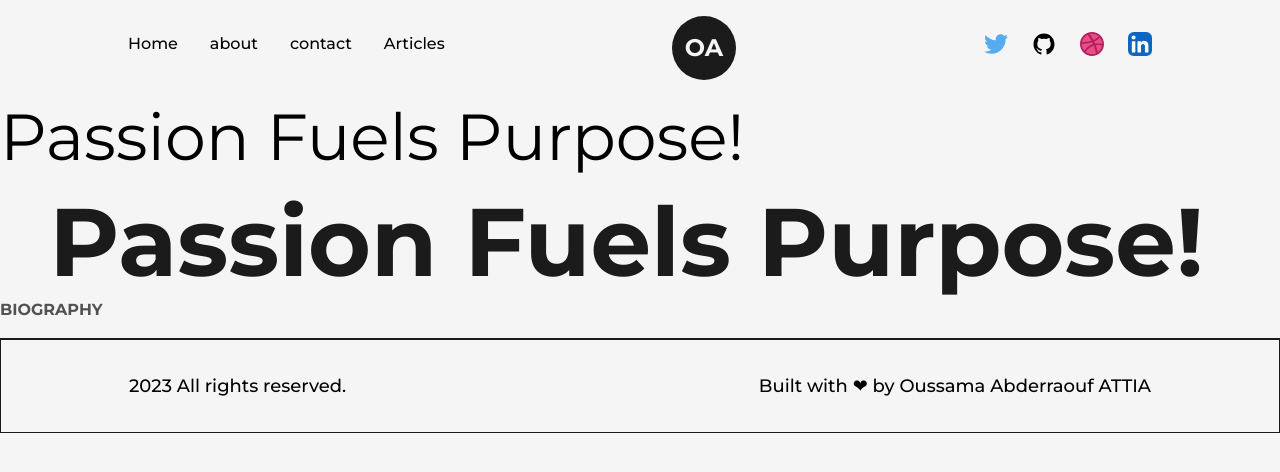
Repository: OussamaAbderraoufAttia/Next.js-Developer-Portfolio
Page: /About
These files come from the project's save history. The page is drawn as it stood at one moment and after the next save; the edit follows.
The browser window is 1280 px wide. The pictures show the whole page.
The project was rebuilt for these pictures with package versions that can differ from the ones it lists, and the page was loaded fresh each time. The framework's server and built-in components were replaced by stand-ins that run in the browser. Also part of the build but not shown: next.config.js.

Above is the page before, as saved 2023-06-27 16:44:13.

### src/pages/_app.js
import Footer from '@/components/Footer'
import NavBar from '@/components/NavBar'
import '@/styles/globals.css'
import { Montserrat } from 'next/font/google'
import Head from 'next/head'


const montserrat = Montserrat({
  subsets: ['latin'],
  variable: "--font-mont"
})
export default function App({ Component, pageProps }) {
  return (
    <>
    <Head>
      <meta name="viewport" content="width=device-width, initial-scale=1" />
      <link rel="icon" href="/favicon.ico" />
    </Head>
    <main className={`${montserrat.variable} font-mont bg-light w-full min-h-screen`}>
      <NavBar />
      <Component {...pageProps} />
      <Footer />
    </main>
    </>
  )
}

### src/pages/About.js
import React from 'react';
import Head from 'next/head';
import AnimatedText from '@/components/AnimatedText';
import Layout from '@/components/Layout';

const about = () => {
  return (
    <>
        <Head>
            <title>OA | About Page</title>
            <meta name='description' content='About Oussama Abderraouf ATTIA' />
        </Head>
        <main className='flex w-full flex-col item-center justify-center'>
            <Layout className='pt-16'>
                <h1 style={{
                    fontSize: '65px',
                }}>
                    Passion Fuels Purpose!
                </h1>
                <AnimatedText text='Passion Fuels Purpose!' />
                <div className='grid w-full grid-cols-8 gap-16'>
                    <div>
                        <h2 className='mb-4 text- font-bold uppercase text-dark/75'>
                            Biography
                        </h2>
                    </div>

                </div>
            </Layout>
        </main>
    </>
  )
}

export default about;

### src/components/Footer.js
import React from 'react';
import Link from 'next/link';
import Layout from './Layout';

const Footer = () => {
  return (
    <div>
      <footer className='w-full border-t-2 border border-solid  border-dark
      font-medium text-lg
      '>
        <Layout className=' py-8 flex items-center justify-between '>
        <span>
            2023 All rights reserved.
        </span>
        <div>
            <p  >
                Built with &#10084; by Oussama Abderraouf ATTIA
             </p>
        </div>

        </Layout>

      </footer>
    </div>
  )
}

export default Footer

### src/components/NavBar.js
import Link from "next/link";
import React from "react";
import { useRouter } from "next/router";
import Logo from "./Logo";
import   { TwitterIcon, DribbbleIcon, GithubIcon, LinkedInIcon, PinterestIcon } from "./Icons";
import { motion } from "framer-motion";

const CustomLink = ({ href, title, className="" }) => {
    const router = useRouter();
    return (
        <Link href={href} className= {`${className} relative group `}>
            {title }
            <span className={`h-[1px] inline-block bg-dark absolute left-0 bottom-0.5 group-hover:w-full
            transiion-[width] ease duration-300 ${router.asPath === href ? "w-full" : "w-0" }
            `}> &nbsp; </span>
        </Link>
    )
}


const NavBar = () => {
    return (
        <header className="w-full px-32 py-8 font-medium flex items-center justify-between">
            <nav>
                <CustomLink href="/"  title="Home" className="mr-4"/>
                <CustomLink href="/about" title="about" className="mx-4"/>
                <CustomLink href="/contact"  title="contact" className="mx-4"/>
                <CustomLink href="/Articles"  title="Articles" className="ml-4"/>
            </nav>

            <nav className="flex item-center justify-center flex-wrap">
                <motion.a href="https://twitter.com/oussamaattia245" target={"_blank"}
                whileHover={{ y:-5  }}
                whileTap={{ scale: 0.9 }}
                className="w-6 mx-3"
                >
                    <TwitterIcon />
                 </motion.a>
                <motion.a href="https://github.com/OussamaAbderraoufAttia" target={"_blank"}
                whileHover={{ y:-5  }} whileTap={{ scale: 0.9 }}
                className="w-6 mx-3"
                > <GithubIcon /> </motion.a>
                <motion.a href="https://dribbble.com/JohnLoyd" target={"_blank"}
                whileHover={{ y:-5  }} whileTap={{ scale: 0.9 }}
                className="w-6 mx-3"
                > <DribbbleIcon /> </motion.a>
                <motion.a href="https://www.linkedin.com/in/oussama-abderraouf-attia-494b32225/" target={"_blank"}
                whileHover={{ y:-5  }} whileTap={{ scale: 0.9 }}
                className="w-6 ml-3"
                > <LinkedInIcon /> </motion.a>

            </nav>
            <div className="absolute left-[50%] top-2    translate-x-[50%]">
                 <Logo />
            </div>
        </header>
    )
}

export default NavBar;

### src/components/AnimatedText.js
import React from 'react';
import { motion } from 'framer-motion';

const quote = {
    initial:{
        opacity:0,
    },
    animate:{
        opacity:1,
        transition:{
            delay:0.5,
            staggerChildren: 0.08,
        }
    }
}
const singleWord  = {
    initial:{
        opacity:0,
        y: 50,
    },
    animate:{
        opacity:1,
        y:0,
        transition:{
            duration: 1,
        }
    }
}
const AnimatedText = ({ text, className = "" }) => {
  return (
    <div className='w-full mx-auto py-2 flex items-center justify-center text-center overflow-hidden'>
      <motion.h1 className={`inline-block text-dark font-bold capitalize text-8xl ${className}`}
      variants={quote}
      inherit='initial'
      animate='animate'
      >
        {text.split(" ").map((word, index) =>
          <span key={word + '-' + index} className='inline-block '
          variants={singleWord}
            inherit='initial'
            animate='animate'
          >
            {word}&nbsp;
          </span>
        )}
      </motion.h1>
    </div>
  );
};

export default AnimatedText;

### src/components/Layout.js
import React from 'react';

const Layout = ({ children, className = "" }) => {
  return (
    <div className={`  w-full h-full inline-block z-0 bg-light p-32${className}`}>
      {children}
    </div>
  );
};

export default Layout;

### src/components/Logo.js
import React from "react";
import Link from "next/link";
import { motion } from "framer-motion";



const MotionLink = motion(Link);
const Logo = () => {
  return (
    <div className="flex items-center justify-center mt-2">
      <MotionLink
        href="/"
        className="w-16 h-16 bg-dark text-light flex items-center justify-center rounded-full font-bold text-2xl"
        whileHover={{
            backgroundColor:["#121212", "rgba(131,58,180,1)","rgba(253,29,29,1)","rgba(252,176,69,1)","rgba(131,58,180,1)", "#121212"],
          transition: {
            duration: 1,
            repeat: Infinity,
          },
        }}
      >
        OA
      </MotionLink>
    </div>
  );
};

export default Logo;

### tailwind.config.js
/** @type {import('tailwindcss').Config} */
const {fontFamily} = require('tailwindcss/defaultTheme')

module.exports = {
  content: [
    // Or if using `src` directory:
    "./src/**/*.{js,ts,jsx,tsx,mdx}",
  ],
  theme: {
    extend: {
      fontFamily: {
        mont: ['var(--font-mont)', 'sans-serif'],
      },
        colors: {
          dark: "#1b1b1b",
          light: "#f5f5f5",
          primary: "#B63E96", // 240,86,199
          primaryDark: "#58E6D9", // 80,230,217
      },
      animation: {
        'spin-slow': 'spin 8s linear infinite',
      },
    },
  },
  plugins: [],
}

Loaded but not shown: src/pages/_document.js (common file); src/styles/globals.css (common file); src/components/Icons.js (484 lines, source omitted)

After the next save:
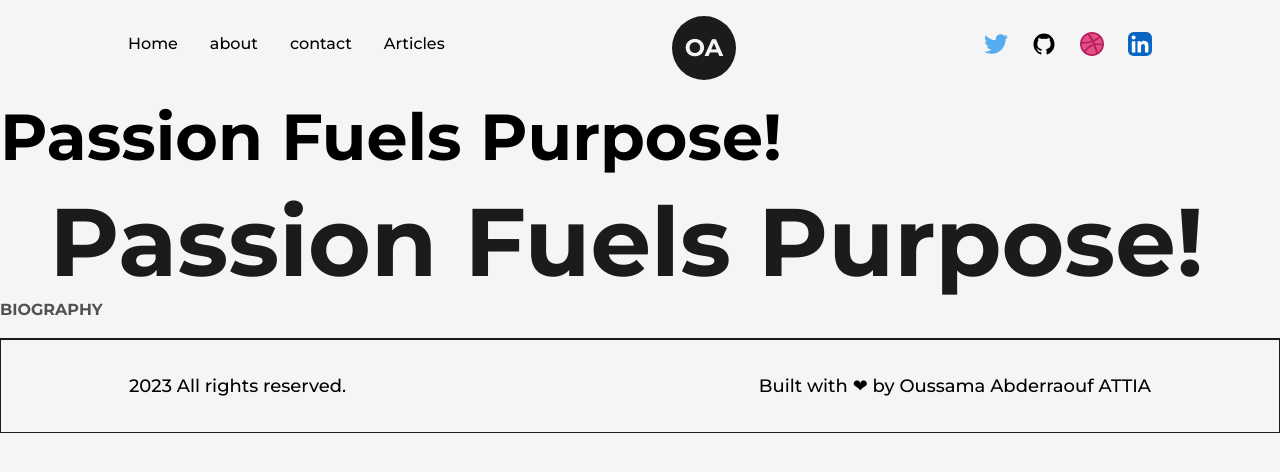
Saved 12 s later.
--- a/src/pages/About.js
+++ b/src/pages/About.js
@@ -14,6 +14,7 @@
             <Layout className='pt-16'>
                 <h1 style={{
                     fontSize: '65px',
+                    fontWeight: 'bold',
                 }}>
                     Passion Fuels Purpose!
                 </h1>
